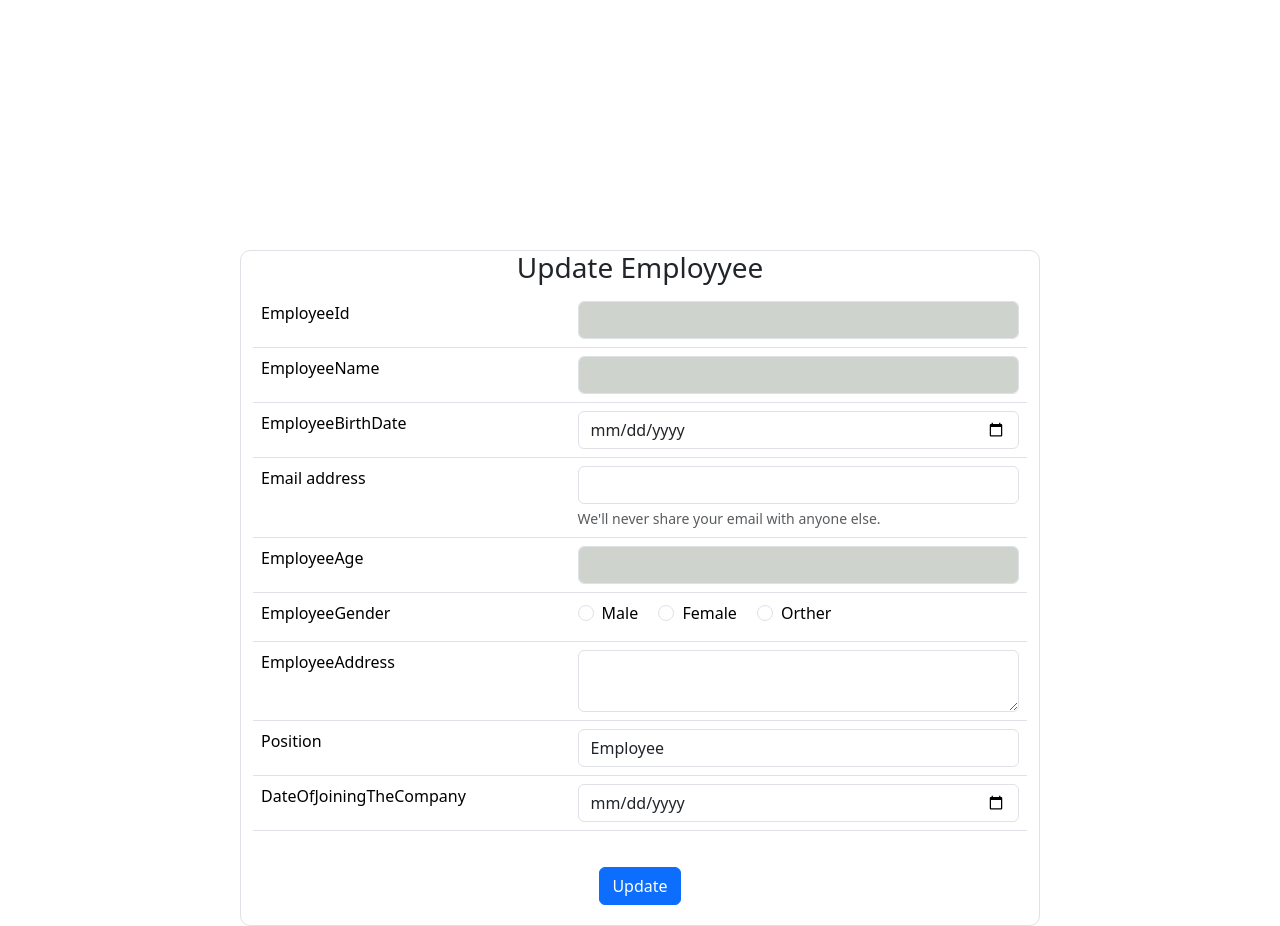
Repository: tranhuuan1703/BaiTapServlet
Page: http://localhost/bai_tap_jsp_servlet/views/Edit.jsp
An editor plug-in stored every save of this project. The page is shown before and after the next save, followed by the edit.
The browser window is 1280 px wide. The pictures show the whole page.
Some web libraries are served in a nearby version. The page is served by Tomcat 9.

Above is the page before, as saved 2024-08-14 07:06:33.

After the next save:
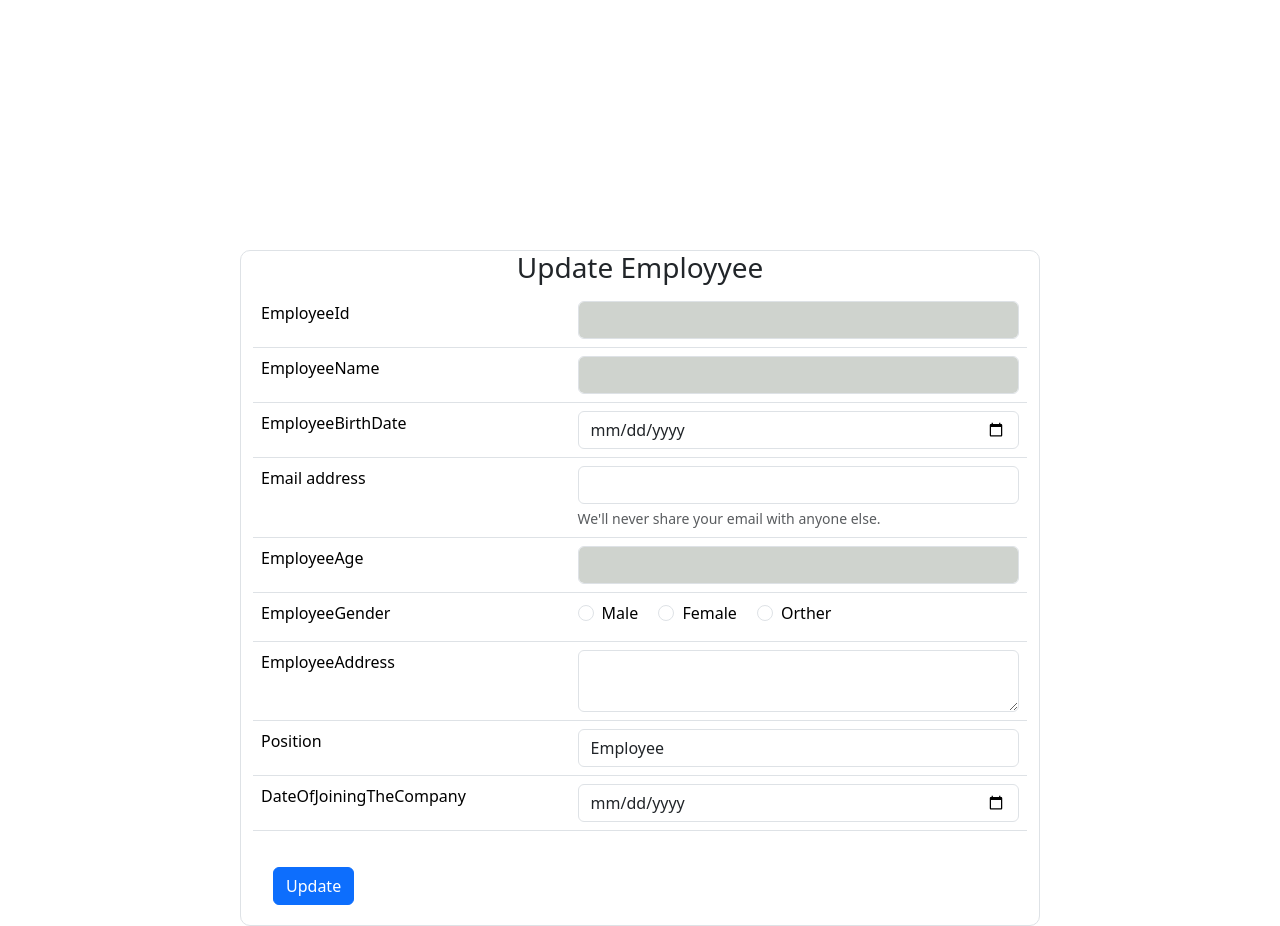
Saved 23 s later.
--- a/bai_tap_jsp_servlet/bai_tap_jsp_servlet/src/main/webapp/views/Edit.jsp
+++ b/bai_tap_jsp_servlet/bai_tap_jsp_servlet/src/main/webapp/views/Edit.jsp
@@ -102,7 +102,7 @@
                   </td>
                </tr>
             </table>
-            <div class="grid text-center" style="padding:20px;">
+            <div class="grid" style="padding:20px;">
             	<button type="submit" class="btn btn-primary">Update</button>
             </div>
          </form>
